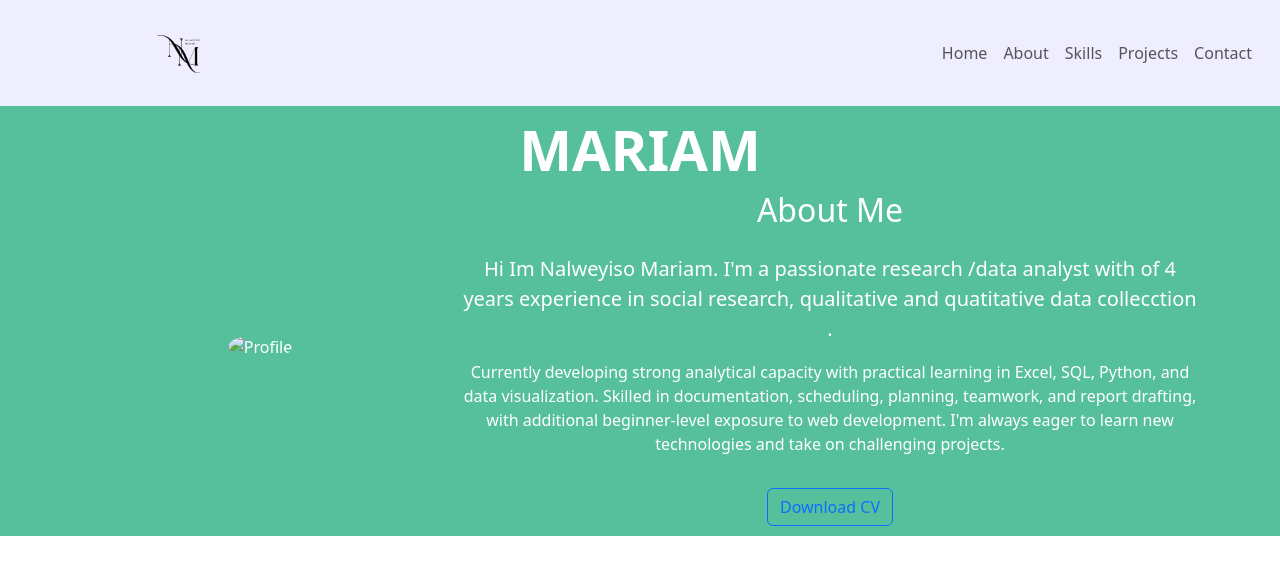
Repository: NalweMari/My-Personal-Portfolio
Page: index.html
The author's editor kept a copy of each file at every save. The page is drawn from the files as they stood at one save, then again after the next save.
The browser window is 1280 px wide. The pictures show the whole page.

Above is the page before, as saved 2025-11-27 19:31:40.
Console error (its wording comes from the project's code and is left out).

After the next save:
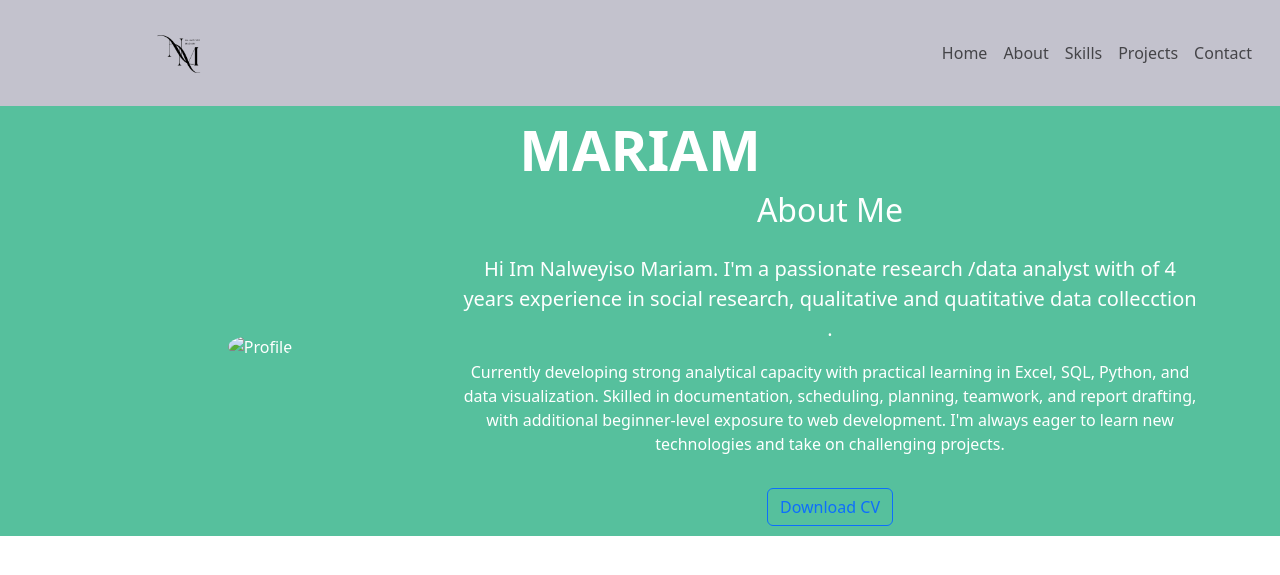
Saved 7 s later.
--- a/Style.css
+++ b/Style.css
@@ -1,5 +1,5 @@
 .bg-custom {
-  background-color: rgba(189, 182, 255, 0.24);
+  background-color: rgba(7, 2, 49, 0.24);
 }
 .hero-section {
   background-color: rgb(86, 192, 157);
